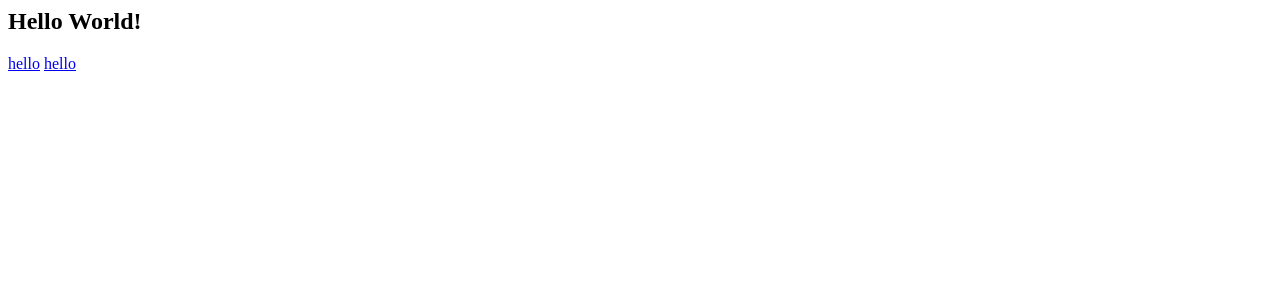
Repository: yogesh8rajput/Spring_MVC
Page: http://localhost/Spring_Web/
The author's editor kept a copy of each file at every save. The page is drawn from the files as they stood at one save, then again after the next save.
The browser window is 1280 px wide. The pictures show the whole page.
The page is served by Tomcat 9. Other server files are loaded and not shown.

Above is the page before, as saved 2024-11-26 11:57:30.

### Spring_Web/src/main/webapp/index.jsp
<html>
<body>
<h2>Hello World!</h2>
<a href="one" >hello</a>
<a href="one2" >hello</a>
</body>
</html>

After the next save:
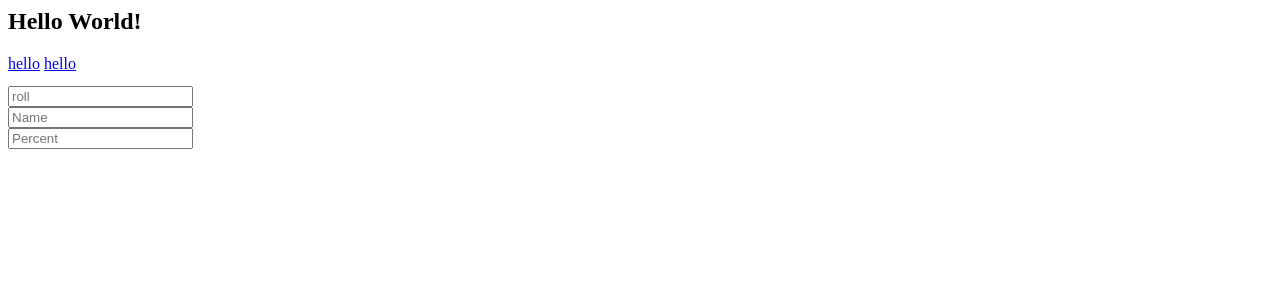
Saved 23 h 47 min later.
--- a/Spring_Web/src/main/webapp/index.jsp
+++ b/Spring_Web/src/main/webapp/index.jsp
@@ -3,5 +3,13 @@
 <h2>Hello World!</h2>
 <a href="one" >hello</a>
 <a href="one2" >hello</a>
+
+<from>
+<pre>
+<input type="text" placeholder="roll" >
+<input type="text" placeholder="Name">
+<input type="text" placeholder="Percent">
+</pre>
+</from>
 </body>
 </html>
